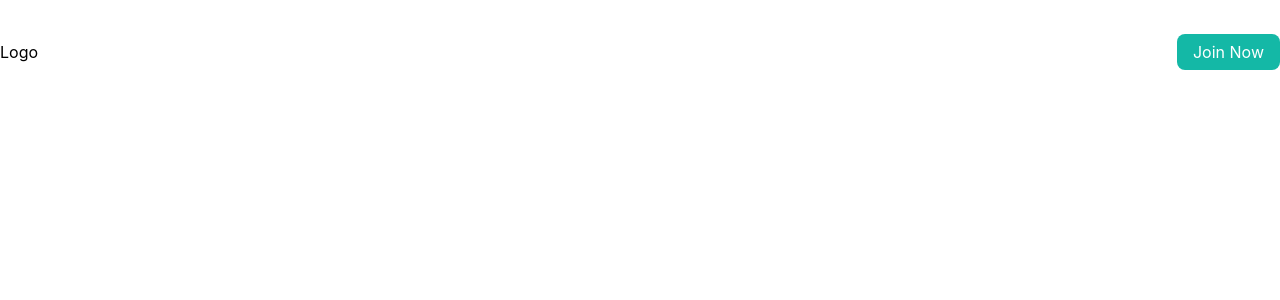
Repository: arafatmollah/auth-app
Page: /
The author's editor kept a copy of each file at every save. The page is drawn from the files as they stood at one save, then again after a run of saves.
The browser window is 1280 px wide. The pictures show the whole page.
The project was rebuilt for these pictures with package versions that can differ from the ones it lists, and the page was loaded fresh each time. The framework's server and built-in components were replaced by stand-ins that run in the browser. Also part of the build but not shown: next.config.js.

Above is the page before, as saved 2022-10-03 16:12:17.

### pages/_app.js
import '../styles/globals.css'
import Layout from '../components/Layout'

function MyApp({ Component, pageProps }) {
 return(
  <Layout>
  <Component {...pageProps} />
 </Layout>
 )
}

export default MyApp

### pages/index.js
import Head from 'next/head'

export default function Home() {
  return (
    <div>
      <Head>
        <title>Create Next App</title>
        <meta name="description" content="Generated by create next app" />
        <link rel="icon" href="/favicon.ico" />
      </Head>

      <main>
       <h2 className='text-5xl'></h2>
      </main>


    </div>
  )
}

### components/Layout.js
import React from 'react'
import Nav from './Nav'

export default function Layout({children}) {
  return (
    <div>
       <Nav></Nav>
        <main>
        {children}
        </main>
        </div>
  )
}

### components/Nav.js
import React from 'react'
import Link from 'next/link'

function Nav() {
  return (
    <div>
        <nav className='flex justify-between items-center py-10'>
        <Link href="/">Logo</Link>
        <ul>
            <Link href="/auth">
            <a className='py-2 px-4 bg-teal-500 my-5 rounded-lg text-white'>Join Now</a>
            </Link>
        </ul>
        </nav>
    </div>
  )
}

export default Nav

Loaded but not shown: styles/globals.css (common file); tailwind.config.js (common file)

After the next 2 saves:
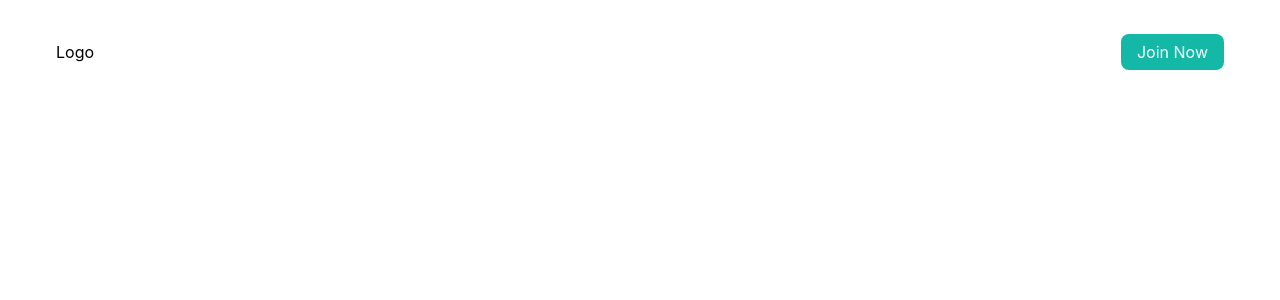
The 2 saves are shown as one change because they came seconds apart.
The last was saved 11 s later.
--- a/components/Layout.js
+++ b/components/Layout.js
@@ -3,7 +3,7 @@ import Nav from './Nav'
 
 export default function Layout({children}) {
   return (
-    <div>
+    <div className='mx-14'>
        <Nav></Nav>
         <main>
         {children}
